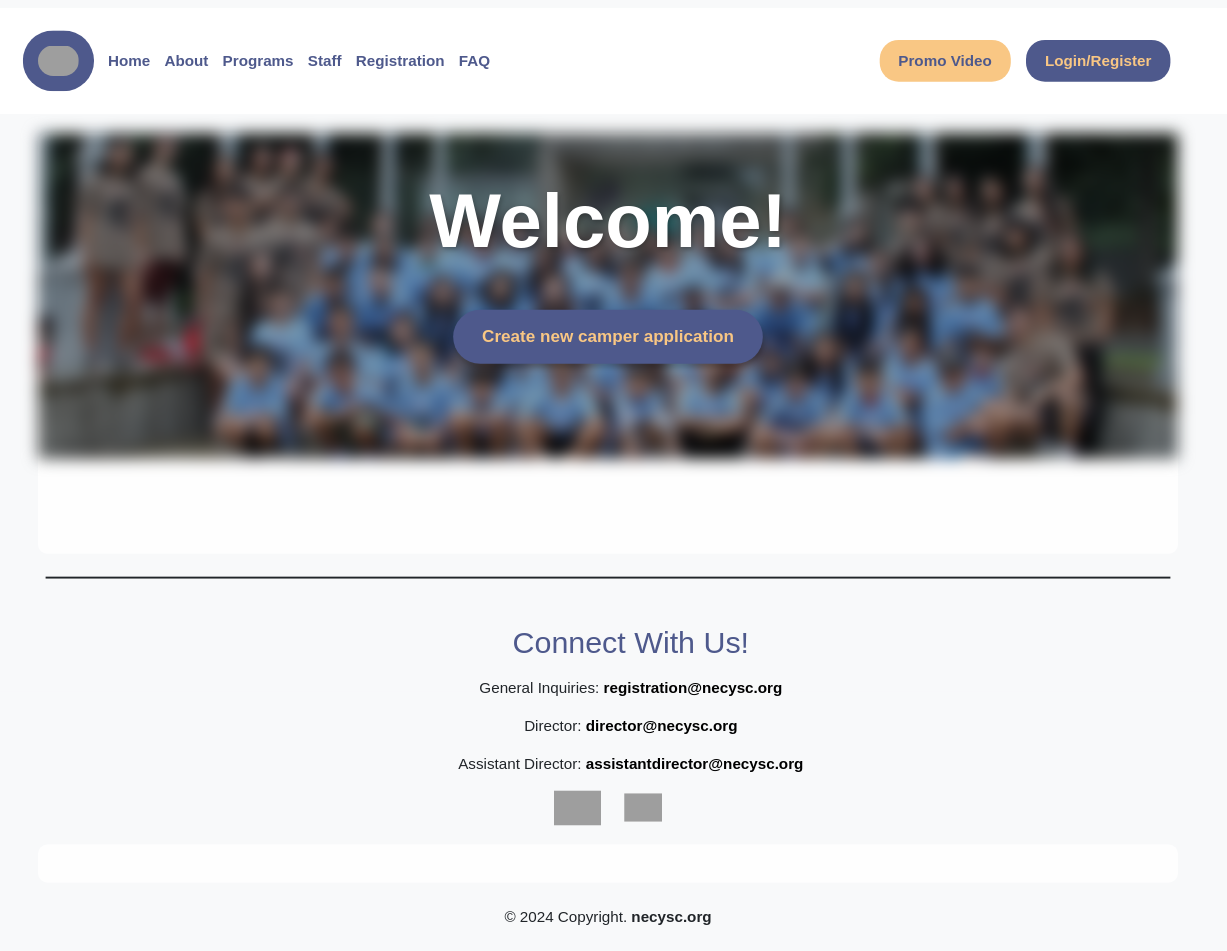
Repository: fullstackatbrown/project-necysc
Page: necysc_app/templates/necysc_app/applicant/index.html
An editor plug-in stored every save of this project. The page is shown before and after the next save, followed by the edit.
The browser window is 1280 px wide. The page is 1292 px wide, so the pictures cover 1292 px, including what lies to the right of the window. The pictures show the whole page, at 95% of full size.
Pictures or frames that could not be fetched are drawn as grey boxes. Some web fonts or font styles are not loaded; a fallback is used. The template is drawn by Django 5.2. The application's start-up code is not run. The template is opened directly, without the code that normally fills it, so the values that code supplies are empty.

Above is the page before, as saved 2024-12-04 03:18:41.

After the next save:
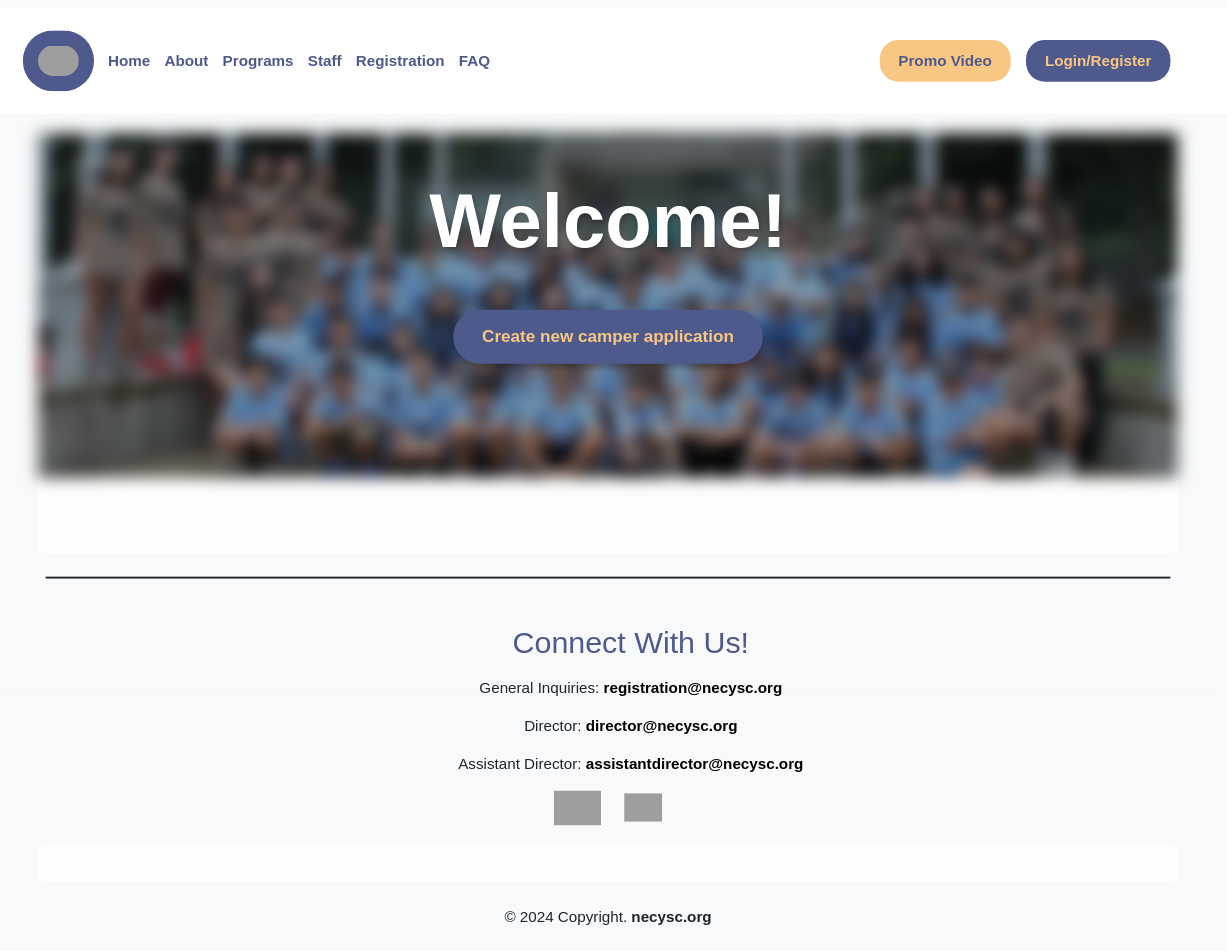
Saved 7 s later.
--- a/necysc_app/templates/necysc_app/applicant/index.html
+++ b/necysc_app/templates/necysc_app/applicant/index.html
@@ -21,7 +21,7 @@
         top: 0;
         left: 0;
         width: 100%;
-        height: calc(100% - 100px);
+        height: calc(100% - 80px);
         z-index: -1;
         background-image: url("{% static 'necysc_app/images/necyscbannerimage.jpg' %}");
         background-size: cover;
